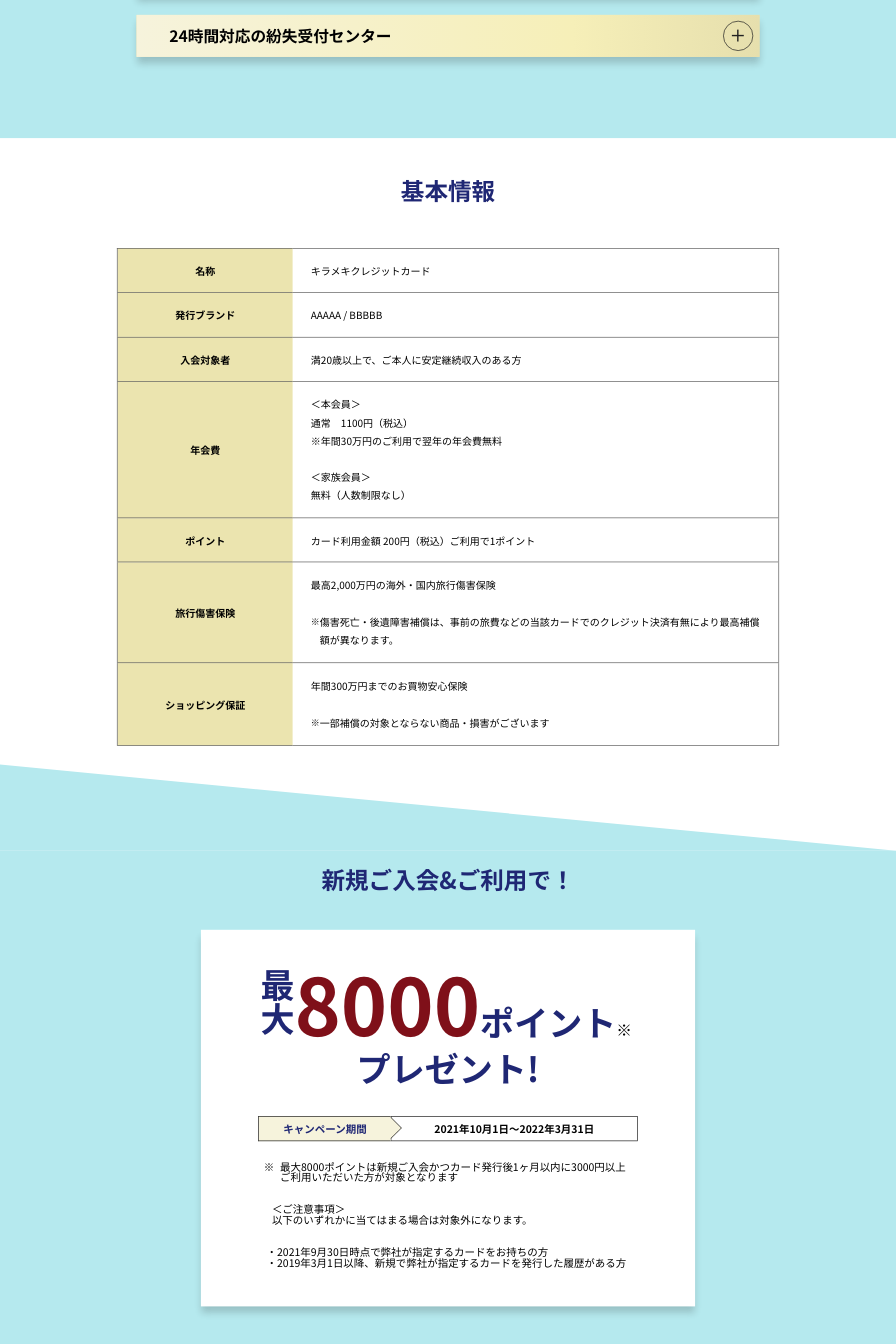
Repository: ryu-nuno/tech_academy_subwork
Page: kadai-kirameki-card-main/index.html
The author's editor kept a record of every edit. The page is drawn from the files as they stood at one moment, then again after the next edit.
The browser window is 1280 px wide. The pictures show the part of the page from y = 3746 to 5666 px (the page is 6147 px tall), at 70% of full size.
Some web libraries are served in a nearby version.

Above is the page before.

### kadai-kirameki-card-main/index.html
<!DOCTYPE html>
<html lang="ja">
    <head>
        <meta charset="UTF-8">
        <meta name="viewport" content="width=device-width, initial-scale=1.0">
        <title>Kirameki-card</title>
        <meta name="description" content="ページの説明が入ります">

        <!-- CSS -->
        <link rel="stylesheet" href="https://cdnjs.cloudflare.com/ajax/libs/normalize/8.0.1/normalize.css">
        <link rel="stylesheet" type="text/css" href="./slick/slick.css">
        <link rel="stylesheet" type="text/css" href="./slick/slick-theme.css">
        <link rel="stylesheet" href="https://unpkg.com/swiper/swiper-bundle.css">
        <link rel="stylesheet" href="https://unpkg.com/swiper/swiper-bundle.min.css">
        <link rel="stylesheet" href="./css/style.css">

        <!-- FontAwesome -->
        <script src="https://kit.fontawesome.com/ab2670e4fc.js" crossorigin="anonymous"></script>

        <link rel="preconnect" href="https://fonts.googleapis.com">
        <link rel="preconnect" href="https://fonts.gstatic.com" crossorigin>
        <link href="https://fonts.googleapis.com/css2?family=Cormorant+Garamond:wght@300&family=Noto+Serif+JP&family=Roboto&display=swap" rel="stylesheet">
    </head>
    <body>
      <div id="wrapper">


        <!-- ヘッダー -->
        <header class="header">
          <div class="logo"><img src="./images/pc/Kirameki_Card_logo.png" alt=""></div>

          <div class="header_wrap">
            <div class="nav">
            <nav class="pc_nav">
              <ul class="pc_nav_ul">
                <li><a href="#">カード活用方法</a></li>
                <li><a href="#">ポイントを使う</a></li>
                <li><a href="#">お問合せ</a></li>
              </ul>
            </nav>
            </div>

            <div class="application_button_s"><span class="head_right"><a href="#">申し込む</a></span><i class="fas fa-chevron-right"></i></div>
          </div>
        </header>


        <header class="sp_header">
          <div><div class="sp_logo">キラメキカード</div></div>
                  <div class="sp_nav_wrap">
          <div id="menu"><span class="hamburger"><i class="fas fa-bars"></i></span></div>
            <nav class="sp_nav">
            <ul class="sp_nav_ul">
              <li><a href="#">カード活用方法</a></li>
              <li><a href="#">ポイントを使う</a></li>
              <li><a href="#">お問い合わせ</a></li>
            </ul>
        </nav>
    </div>
  </header>

        <!--メイン-->
        <main>

          <section class="main_top">
              <h1 class="main_catch">ネットショッピング時代の<br class="sp_br" />スタンダード</h1>
                <div class="main_img">
                  <img src="./images/pc/lp6_1.png" alt="">
                </div>
                <div class="sp_join_button"><span class="sp_join_p"><a href="#">申し込む</a></span><i class="fas fa-chevron-right"></i></div>
                <div class="stack">
                  <div class="sub_catch">キラメキカードは<br class="sp_br" />2021最強クレジットカード<br class="sp_br" />ランキングNo.1に選ばれました</div>
                </div>
          </section>

          <section class="gap">
          </section>
          <section class="join1">

            <h2 class="ad_heading">新規ご入会&ご利用で！</h2>
            <div class="join_wrap">
              <div class="join_detail">
                <span class="vertical">最大</span>
                <span class="font_l_red">8000</span><span class="point">ポイント</span><span class="kome">※</span><br />
                <span class="text_center_present">プレゼント!</span>
              </div>

              <div class="campaign_period">
                <span class="campaign">キャンペーン期間</span>
               <span class="period">2021年10月1日〜2022年3月31日</span>
              </div>

               <div class="campaign_caution">
                 <span class="rice_2">※</span>
                <span class="subject">最大8000ポイントは新規ご入会かつカード発行後1ヶ月以内に3000円以上ご利用いただいた方が対象となります</span>
               </div>

              <div class="caution_detail">
                <div class="detail_first">
                <span class="caution">＜ご注意事項＞<br /></span>
                <span class="not_app">以下のいずれかに当てはまる場合は対象外になります。<br /></span>
              </div>

              <div class="detail_second">
                <div class="flex">
                <span class="not_app_p">・</span><span class="not_app_block">2021年9月30日時点で弊社が指定するカードをお持ちの方</span>
              </div>
              <div class="flex">
                <span class="not_app_p">・</span><span class="not_app_block">2019年3月1日以降、新規で弊社が指定するカードを発行した履歴がある方</span>
              </div>
            </div>
            </div>
            </div>

              <div class="application_button_l"><span class="ad_right"><a href="#">キラメキカードに申し込む</a></span><i class="fas fa-chevron-right"></i></div>
           </section>

           <section class="benefit_service">
             <h2 class="heading">特典・サービス</h2>
            <table class="benefit_table">
              <tr>
                <td class="h_cell left_top"><span class="bold_head t_head">年会費</span></td>
                <td class="d_cell right_top"><span class="bold">1,100円（税込）<br /></span>
                  <span class="bold">年間30万円のご利用で</span><span class="red_m">翌年度無料</span><span class="annnotation sp_position">※1</span>
              </td>
              </tr>
              <tr>
                <td class="h_cell"><span class="bold_head t_head">ポイント還元</span></td>
                <td class="d_cell"><span class="bold">最大</span><span class="red_l">5</span><span class="bold">%</span><span class="annnotation">※2</span> </td>
              </tr>
              <tr>
                <td class="h_cell"><span class="bold_head t_head">継続特典</span></td>
                <td class="d_cell"><span class="regular">年間30万円のご利用でもれなく<br /></span>
                    <span class="red_l">5000</span><span class="bold">ポイント還元</span><span class="annnotation">※1</span>
                </td>
              </tr>
              <tr>
                <td class="h_cell left_bottom"><span class="bold_head t_head">付帯サービス</span></td>
                <td class="d_cell right_bottom"><span class="regular">海外旅行障害保険<br /></span>
                  <span class="bold">最高</span><span class="red_l">2000</span><span class="bold">万円</span>
                </td>
              </tr>
            </table>

            <div class="supplement sp_bottom"><span class="spp_no">※1 対象取引や算定期間等の実際の適用条件などの詳細は規約をご確認ください。</span></div>

          <div class="supplement"><span class="spp_no">※2一部ポイント加算対象とならない店舗および指定のポイント還元率にならない場合があります。ポイント還元率は利用金額に対する獲得ポイントを示したもので、ポイントの交換方法によっては、1ポイント1円相当にならない場合がございます。</span></div>


              <div class="application_button_l"><span class="ad_right"><a href="#">キラメキカードに申し込む</a></span><i class="fas fa-chevron-right"></i></div>
           </section>

           <section class="flow">
             <h2 class="heading">カード発行までの流れ</h2>

             <div class="swiper">
              <div class="swiper-wrapper">
                <div class="swiper-slide"><span class="flow_no">01<br /></span><span class="flow_head">カードお申し込み</span></div>
                <div class="swiper-slide"><span class="flow_no">02<br /></span><span class="flow_head">入会審査・カード発行</span></div>
                <div class="swiper-slide"><span class="flow_no">03<br /></span><span class="flow_head">カード到着</span></div>
                <div class="swiper-slide"><span class="flow_no">04<br /></span><span class="flow_head">アプリをダウンロード</span></div>
                <div class="swiper-slide"><span class="flow_no">05<br /></span><span class="flow_head">アプリでカード番号を確認</span></div>
              </div>
              <div class="swiper-button-prev"></div>
              <div class="swiper-button-next"></div>
              <div class="swiper-pagination"></div>
            </div>
           </section>


           <section class="other">
              <h2 class="heading">他にも<br class="sp_br" />特典・サービスがたくさん</h2>

              <div class="other_wrap">
                <dl class="accordion">
                    <dt class="other_heading"><div class="sp_question pc_question"><span class="other_head_p">国内も、海外も。<br class="sp_br" />最高2,000万円の旅行傷害保険。</span><span class="symbol">開く</span></div></dt>
                    <dd class="other_p"><div class="flex" style="display : flex; align-items: baseline;"><div class="other_block">最高2,000万円の旅行傷害保険<br />海外・国内最高2,000万円の旅行傷害保険が付帯されます。（一部利用条件あり）</div></div></dd>
                    <dt class="other_heading"><div class="sp_question"><span class="other_head_p">年間300万円までの<br class="sp_br" />お買物安心保険。</span><span class="symbol">開く</span></div></dt>
                    <dd class="other_p"><div class="flex" style="display : flex; align-items: baseline;"><div class="other_block">キラメキクレジットカードで決済して購入した商品が壊れたり、盗まれたりしたときに安心の保険サービスです。<br />保険料のお支払いや事前のお届けは必要ございません。</div></div></dd>
                    <dt class="other_heading"><div class="sp_question"><span class="other_head_p">国内空港ラウンジサービスが<br class="sp_br" />無料<br class="sp_br"></span><span class="symbol">開く</span></div></dt>
                    <dd class="other_p"><div class="flex" style="display : flex; align-items: baseline;"><div class="other_block">国内主要空港のラウンジを無料でご利用いただくことが可能です。</div></div></dd>
                    <dt class="other_heading"><div class="sp_question"><span class="other_head_p">海外Wi-Fi無料レンタル</span><span class="symbol">開く</span></div></dt>
                    <dd class="other_p"><div class="flex" style="display : flex; align-items: baseline;"><div class="other_block">海外でご利用いただけるポータブルWi-Fiを無料でレンタルすることが可能です。</div></div></dd>
                    <dt class="other_heading"><div class="sp_question"><span class="other_head_p">24時間対応の<br class="sp_br" />紛失受付センター</span><span class="symbol">開く</span></div></dt>
                    <dd class="other_p"><div class="flex" style="display : flex; align-items: baseline;"><div class="other_block">紛失したカードの利用停止と再発行のお手続きをWebと電話から同時に行うことが可能です。</div></div></dd>
                  </dl>
                </div>
            </section>









            <section class="base_info">
              <h2 class="heading">基本情報</h2>

              <table class="base_info_table">
                <tr><td class="base_info_th">名称</td><td class="base_info_td">キラメキクレジットカード</td></tr>
                <tr><td class="base_info_th">発行ブランド</td><td class="base_info_td">AAAAA / BBBBB</td></tr>
                <tr><td class="base_info_th">入会対象者</td><td class="base_info_td">満20歳以上で、ご本人に安定継続収入のある方</td></tr>
                <tr><td class="base_info_th">年会費</td><td class="base_info_td"><div class="line_height">＜本会員＞<br />通常　1100円（税込）<br /><span class="annotation_block">※年間30万円のご利用で翌年の年会費無料</span><br />＜家族会員＞<br />無料（人数制限なし）</div></td></tr>
                <tr><td class="base_info_th">ポイント</td><td class="base_info_td">カード利用金額 200円（税込）ご利用で1ポイント</td></tr>
                <tr><td class="base_info_th">旅行傷害保険</td><td class="base_info_td">最高2,000万円の海外・国内旅行傷害保険<br /><span class="annotation_flex"><span class="info_annotation">※</span><span class="info_annnotation annotation_block">傷害死亡・後遺障害補償は、事前の旅費などの当該カードでのクレジット決済有無により最高補償額が異なります。</span></span></td></tr>
                <tr><td class="base_info_th">ショッピング保証</td><td class="base_info_td">年間300万円までのお買物安心保険<br /><span class="annotation_flex"><span class="info_annotation">※</span><span class="info_annnotation annotation_block">一部補償の対象とならない商品・損害がございます</span></span></td></tr>


              </table>
            </section>

            <section class="join2">
              <h2 class="ad_heading">新規ご入会&amp;ご利用で！</h2>
              <div class="join_wrap">
                <div class="join_detail">
                  <span class="vertical">最大</span>
                  <span class="font_l_red">8000</span><span class="point">ポイント</span><span class="small">※</span><br />
                  <span class="text_center_present">プレゼント!</span>
                </div>

                <div class="campaign_period">
                  <span class="campaign">キャンペーン期間</span>
                 <span class="period">2021年10月1日〜2022年3月31日</span>
                </div>

                 <div class="campaign_caution">
                   <span class="rice_2">※</span>
                  <span class="subject">最大8000ポイントは新規ご入会かつカード発行後1ヶ月以内に3000円以上ご利用いただいた方が対象となります</span>
                 </div>

                <div class="caution_detail">
                  <div class="detail_first">
                  <span class="caution">＜ご注意事項＞<br /></span>
                  <span class="not_app">以下のいずれかに当てはまる場合は対象外になります。<br /></span>
                </div>

                <div class="detail_second">
                  <div class="flex">
                  <span class="not_app_p">・</span><span class="not_app_block">2021年9月30日時点で弊社が指定するカードをお持ちの方</span>
                </div>
                <div class="flex">
                  <span class="not_app_p">・</span><span class="not_app_block">2019年3月1日以降、新規で弊社が指定するカードを発行した履歴がある方</span>
                </div>
              </div>
              </div>
              </div>

                <div class="application_button_l"><span class="ad_right"><a href="#">キラメキカードに申し込む</a></span><i class="fas fa-chevron-right"></i></div>
             </section>

        </main>

        <!-- フッター -->
        <footer class="footer">
          <div class="footer_logo"><img src="./images/pc/Kirameki_Card_logo.png" alt=></div>
          <p class="copywrite">&copy; 2004-2021 Kirameki Card Co. Ltd. All Rights Reserved.</p>

        </footer>

        <!-- JS -->
        <script src="https://ajax.googleapis.com/ajax/libs/jquery/3.4.1/jquery.min.js"></script>
        <!--<script type="text/javascript" src="https://cdnjs.cloudflare.com/ajax/libs/jquery/1.11.1/jquery.min.js"></script>
        <script src="https://code.jquery.com/jquery-2.2.0.min.js" type="text/javascript"></script>-->
        <script src="https://unpkg.com/swiper/swiper-bundle.js"></script>
        <script src="https://unpkg.com/swiper/swiper-bundle.min.js"></script>
        <script src="./slick/slick.js" type="text/javascript" charset="utf-8"></script>
        <script src="./js/hamburger.js"></script>
        <script src="./js/accordion.js"></script>
        <script src="./js/swiper.js"></script>
        <script src="./js/inview.js"></script>

      </div>
    </body>
</html>

Loaded but not shown: kadai-kirameki-card-main/slick/slick.css (common file); kadai-kirameki-card-main/slick/slick-theme.css (common file); kadai-kirameki-card-main/slick/slick.js (library); kadai-kirameki-card-main/js/swiper.js (67 lines, source omitted); kadai-kirameki-card-main/js/inview.js (12 lines, source omitted); kadai-kirameki-card-main/js/accordion.js (6 lines, source omitted); kadai-kirameki-card-main/js/hamburger.js (5 lines, source omitted); kadai-kirameki-card-main/css/style.css (1495 lines, source omitted)

After the next edit:
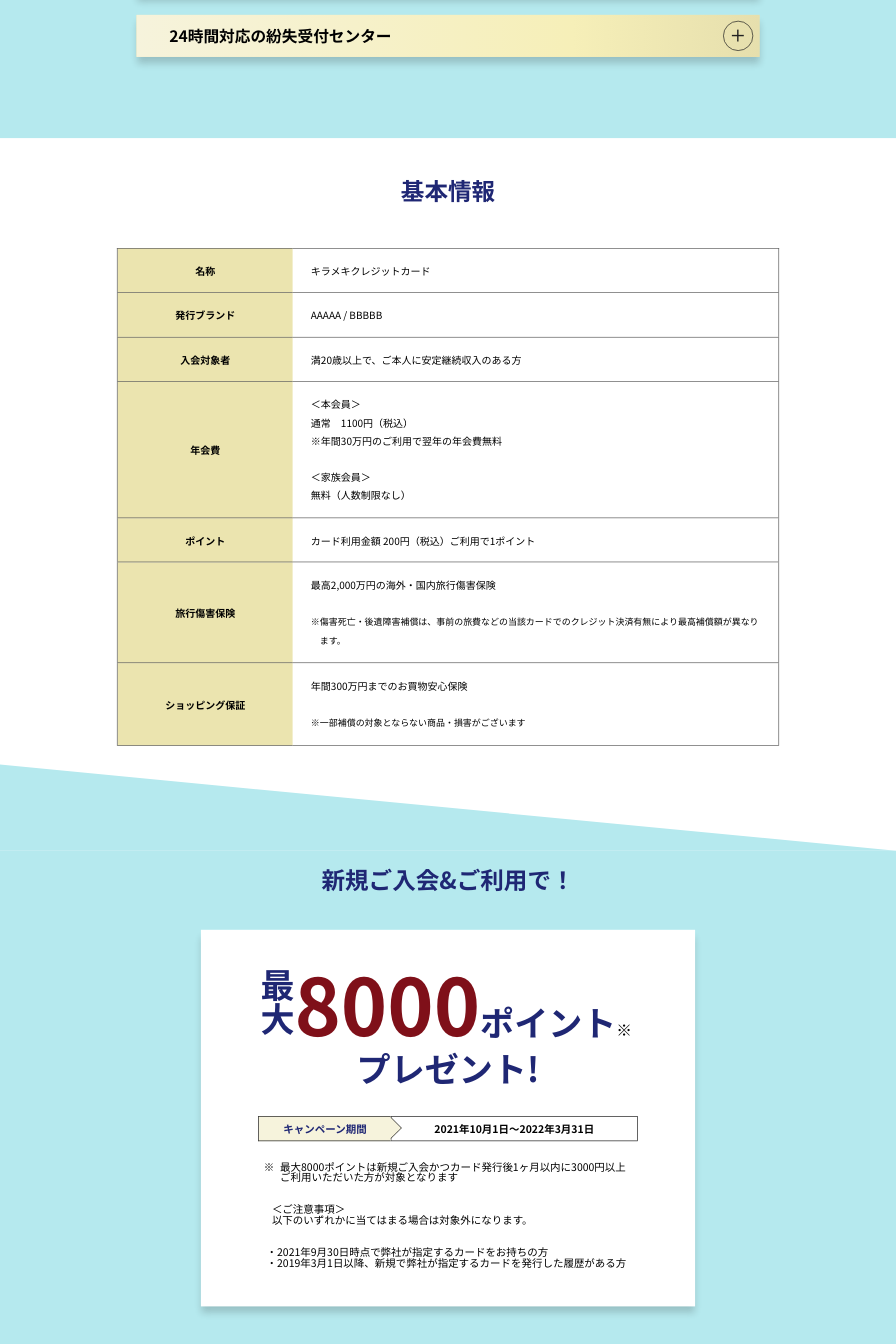
The edit:
--- a/kadai-kirameki-card-main/index.html
+++ b/kadai-kirameki-card-main/index.html
@@ -204,8 +204,8 @@
                 <tr><td class="base_info_th">入会対象者</td><td class="base_info_td">満20歳以上で、ご本人に安定継続収入のある方</td></tr>
                 <tr><td class="base_info_th">年会費</td><td class="base_info_td"><div class="line_height">＜本会員＞<br />通常　1100円（税込）<br /><span class="annotation_block">※年間30万円のご利用で翌年の年会費無料</span><br />＜家族会員＞<br />無料（人数制限なし）</div></td></tr>
                 <tr><td class="base_info_th">ポイント</td><td class="base_info_td">カード利用金額 200円（税込）ご利用で1ポイント</td></tr>
-                <tr><td class="base_info_th">旅行傷害保険</td><td class="base_info_td">最高2,000万円の海外・国内旅行傷害保険<br /><span class="annotation_flex"><span class="info_annotation">※</span><span class="info_annnotation annotation_block">傷害死亡・後遺障害補償は、事前の旅費などの当該カードでのクレジット決済有無により最高補償額が異なります。</span></span></td></tr>
-                <tr><td class="base_info_th">ショッピング保証</td><td class="base_info_td">年間300万円までのお買物安心保険<br /><span class="annotation_flex"><span class="info_annotation">※</span><span class="info_annnotation annotation_block">一部補償の対象とならない商品・損害がございます</span></span></td></tr>
+                <tr><td class="base_info_th">旅行傷害保険</td><td class="base_info_td">最高2,000万円の海外・国内旅行傷害保険<br /><span class="annotation_flex"><span class="info_annotation">※</span><span class="info_annotation annotation_block">傷害死亡・後遺障害補償は、事前の旅費などの当該カードでのクレジット決済有無により最高補償額が異なります。</span></span></td></tr>
+                <tr><td class="base_info_th">ショッピング保証</td><td class="base_info_td">年間300万円までのお買物安心保険<br /><span class="annotation_flex"><span class="info_annotation">※</span><span class="info_annotation annotation_block">一部補償の対象とならない商品・損害がございます</span></span></td></tr>
 
 
               </table>
